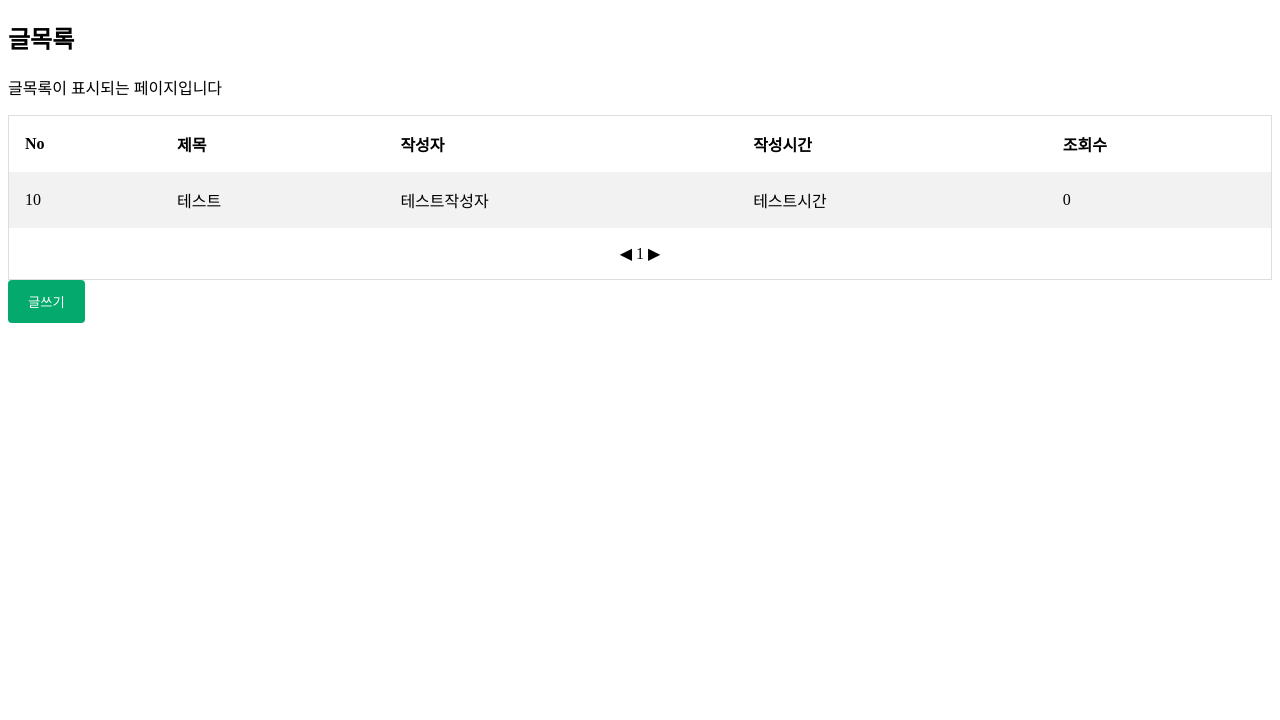
Repository: winterKim927/study_workspace_jsp
Page: http://localhost/PracticeNotice/notice/list.jsp
An editor plug-in stored every save of this project. The page is shown before and after the next save, followed by the edit.
The browser window is 1280 px wide. The pictures show the whole page.
The page is served by Tomcat 9. Other server files are loaded and not shown. Queries for data that is not in the repository find no rows.

Above is the page before, as saved 2023-01-08 14:17:07.

### PracticeNotice/src/main/webapp/notice/list.jsp
<%@ page contentType="text/html; charset=utf-8"%>
<%@ page import="notice.domain.Notice" %>
<%@ page import="notice.repository.NoticeDAO" %>
<%@ page import="java.util.ArrayList"%>
<%! NoticeDAO dao = new NoticeDAO(); %>
<%
	ArrayList<Notice> list = (ArrayList)dao.selectAll();
	int totalRecord = 83;
	int pageSize = 10;
	int totalPage = (int)Math.round(totalRecord/(float)pageSize);
	int currentPage = 1;
	if(request.getParameter("currentPage")!=null){
		currentPage = Integer.parseInt(request.getParameter("currentPage"));
	}
	int blockSize = 10;
	int firstPage = currentPage - (currentPage%blockSize);
	int lastPage = firstPage + blockSize - 1;
	int curPos = (currentPage-1) * pageSize;
	int num = totalRecord - curPos;
%>
<!DOCTYPE html>
<html>
<head>
<meta name="viewport" content="width=device-width, initial-scale=1">
<style>
	table {
		border-collapse: collapse;
		border-spacing: 0;
		width: 100%;
		border: 1px solid #ddd;
	}
	th, td {
		text-align: left;
		padding: 16px;
	}
	tr:nth-child(even) {
		background-color: #f2f2f2;
	}

	a {
        text-decoration: none;
      }
  	button {
		background-color: #04AA6D;
		color: white;
		padding: 12px 20px;
		border: none;
		border-radius: 4px;
		cursor: pointer;
	}

	button:hover {
		background-color: #45a049;
	}

</style>
<script src="https://ajax.googleapis.com/ajax/libs/jquery/3.6.1/jquery.min.js"></script>
<script>


	function writeNew(){
		$("button").click(function(){
			location.href="write.html";
		});
	}

	$(function() {
		writeNew();
	})
</script>
</head>
<body>
	<h2>글목록</h2>
	<p>글목록이 표시되는 페이지입니다</p>
	<table>
		<tr>
			<th>No</th>
			<th>제목</th>
			<th>작성자</th>
			<th>작성시간</th>
			<th>조회수</th>
		</tr>
		<tr>
			<td>10</td>
			<td>테스트</a></td>
			<td>테스트작성자</td>
			<td>테스트시간</td>
			<td>0</td>
		</tr>
		<tr>
			<td colspan="5" style="text-align: center">
				<a>◀</a>
				1
				<a>▶</a>
			</td>
		</tr>
	</table>
	<button>글쓰기</button>

</body>
</html>

After the next save:
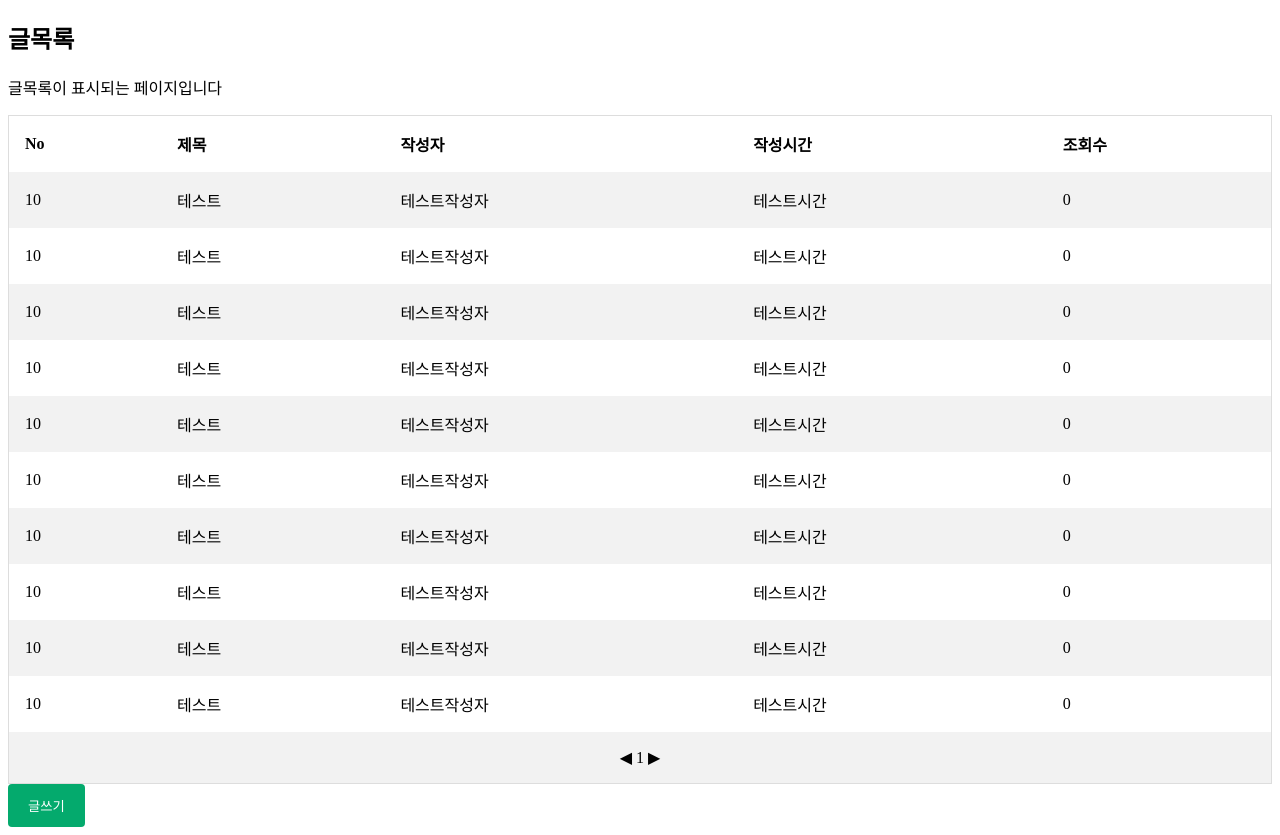
Saved 65 s later.
--- a/PracticeNotice/src/main/webapp/notice/list.jsp
+++ b/PracticeNotice/src/main/webapp/notice/list.jsp
@@ -80,6 +80,7 @@
 			<th>작성시간</th>
 			<th>조회수</th>
 		</tr>
+		<%for(int i = 0; i<pageSize; i++){ %>
 		<tr>
 			<td>10</td>
 			<td>테스트</a></td>
@@ -87,6 +88,7 @@
 			<td>테스트시간</td>
 			<td>0</td>
 		</tr>
+		<%}%>
 		<tr>
 			<td colspan="5" style="text-align: center">
 				<a>◀</a>
